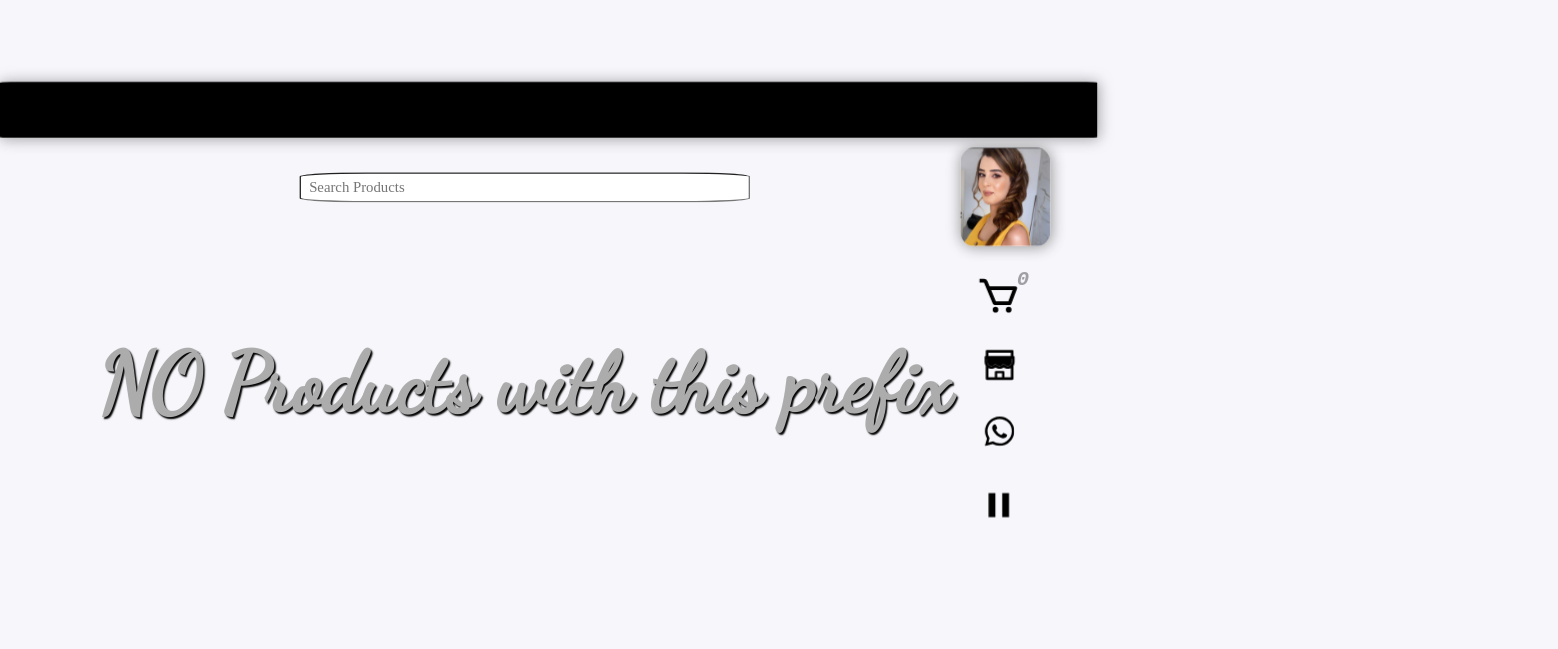
Repository: rehamAbass/BeautyCareShop
Page: /
The author's editor kept a copy of each file at every save. The page is drawn from the files as they stood at one save, then again after the next save.
The browser window is 1280 px wide. The page is 1900 px wide, so the pictures cover 1900 px, including what lies to the right of the window. The pictures show the whole page, at 82% of full size.
The page's requests for data from a server got no answer. Some web fonts or font styles are not loaded; a fallback is used. The project was rebuilt for these pictures with package versions that can differ from the ones it lists, and the page was loaded fresh each time. No one was signed in, and anything a server would have sent is missing. Also part of the build but not shown: src/components/allProducts/prod/card.css, src/components/allProducts/prod/card.component.jsx, src/components/myCart/myCart.css, src/components/myCart/cartProduct/cartProduct.css, src/components/myCart/cartProduct/cartProduct.jsx, src/components/myCart/Payment/Pay.css, src/components/myCart/Payment/Pay.jsx, src/components/myCart/myCart.jsx. Imported but missing from the stored project, and not drawn on this page: src/components/header/music/ed.mp3.

Above is the page before, as saved 2022-06-08 17:38:15.

After the next save:
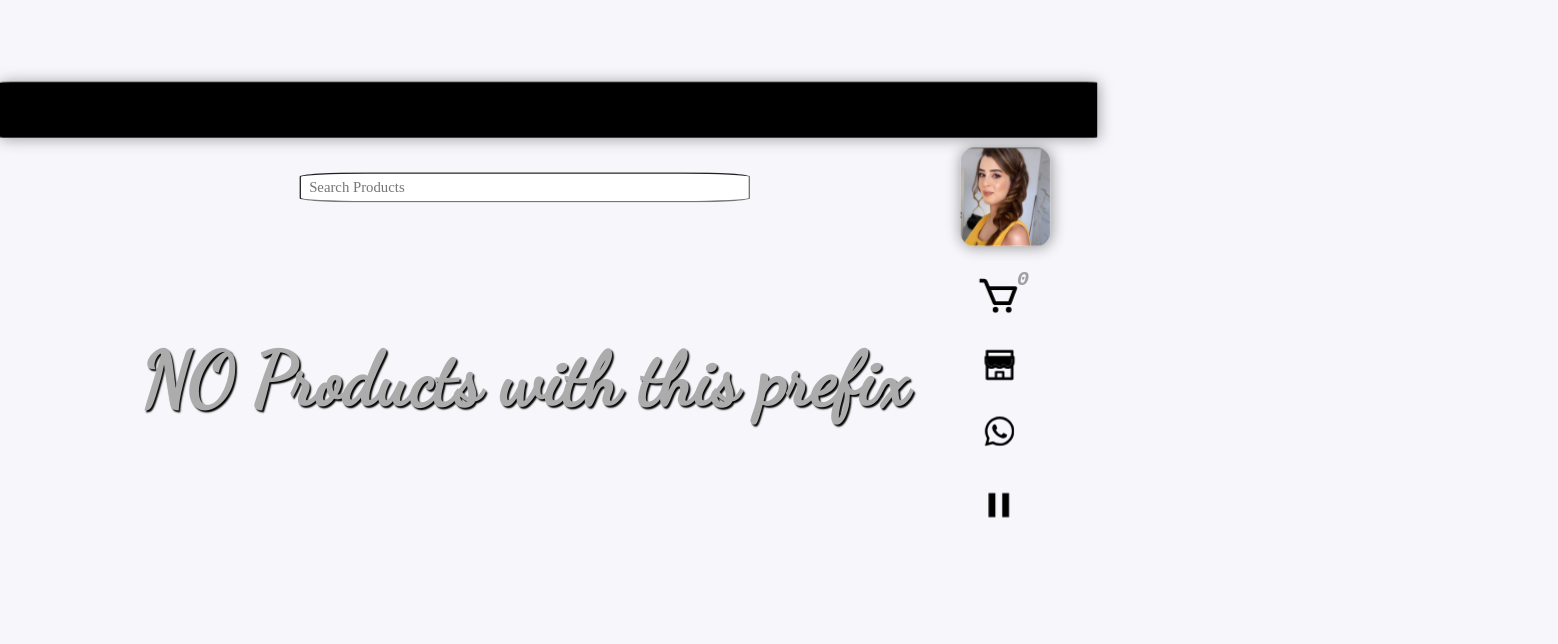
Saved 6 s later.
--- a/src/components/search-box/search-box.css
+++ b/src/components/search-box/search-box.css
@@ -7,7 +7,7 @@
     text-align: center;
     padding: 40px;
     color: rgb(172, 172, 172);
-    font-size: 50px;
+    font-size: 45px;
     font-stretch: extra-expanded;
     font-family: 'Dancing Script';
     font-weight: bolder;
